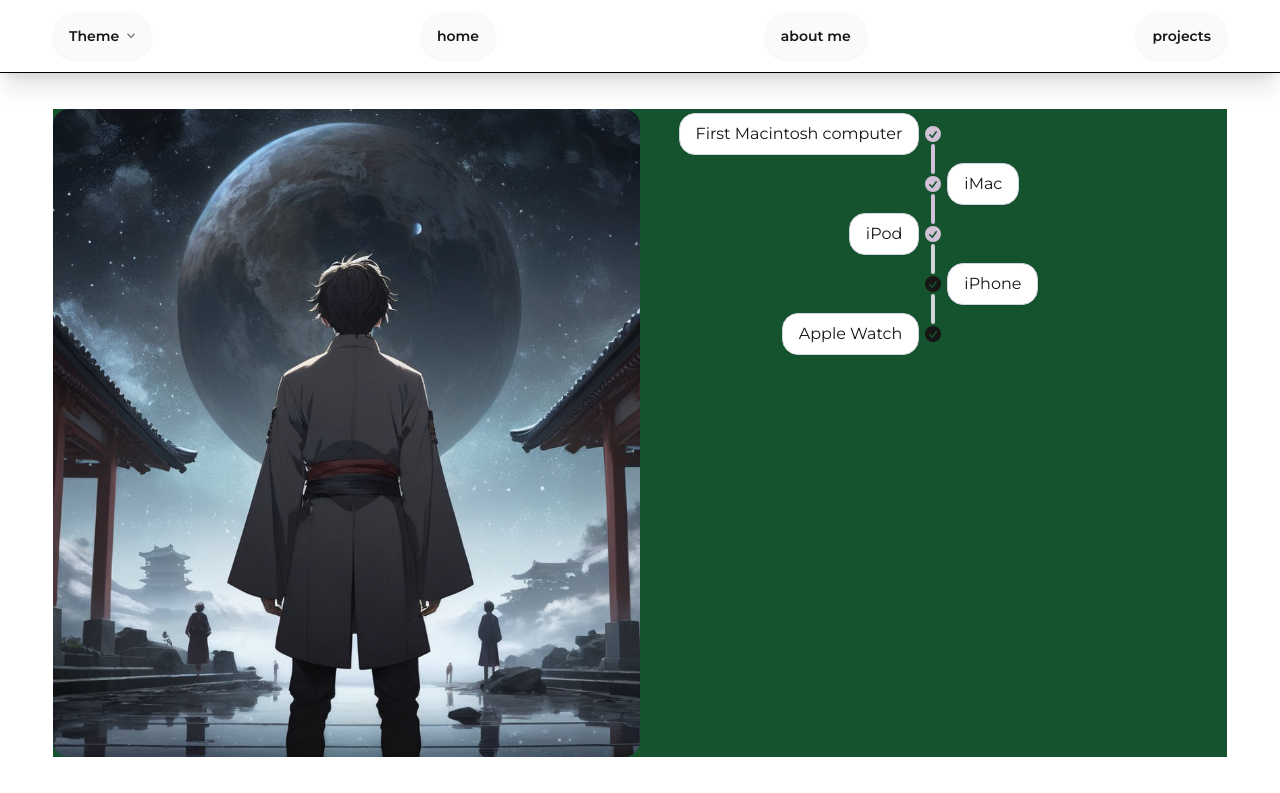
Repository: Yakyaz/myWebsite
Page: /about
The author's editor kept a copy of each file at every save. The page is drawn from the files as they stood at one save, then again after the next save.
The browser window is 1280 px wide. The pictures show the whole page.
The project was rebuilt for these pictures with package versions that can differ from the ones it lists, and the page was loaded fresh each time. The framework's server and built-in components were replaced by stand-ins that run in the browser. Also part of the build but not shown: next.config.js.

Above is the page before, as saved 2023-12-05 21:50:07.

### app/layout.tsx
import type { Metadata } from "next";
import { Montserrat } from "next/font/google";
import "./globals.css";
import Navbar from "../components/navbar";

const montserrat = Montserrat({ subsets: ["latin"] });

export const metadata: Metadata = {
  title: "Create Next App",
  description: "Generated by create next app",
};

export default function RootLayout({
  children,
}: {
  children: React.ReactNode;
}) {
  return (
    <html lang="en" data-theme="pastel" style={{ overflow: "hidden" }}>
      <body className={montserrat.className} style={{ overflow: "hidden" }}>
        <Navbar />
        <div>{children}</div>
      </body>
    </html>
  );
}

### app/about/page.tsx
import Link from "next/link";
import bg from "public/background.png";
import Image from "next/image";
function Home() {
  return (
    <main className="w-screen h-screen flex items-center justify-center ">
      <div
        className="bg-green-900 w-11/12 flex  items-center justify-between "
        style={{ height: "90%" }}
      >
        <div className=" h-full w-1/2">
          <Image
            className="  mb-3 h-full w-full object-cover rounded-2xl "
            alt="Pb"
            src={bg}
            placeholder="blur"
            quality={100}
            sizes="100%"
          />
        </div>

        <div className="w-1/2 h-full">
          <ul className="timeline timeline-vertical">
            <li>
              <div className="timeline-start timeline-box">
                First Macintosh computer
              </div>
              <div className="timeline-middle">
                <svg
                  xmlns="http://www.w3.org/2000/svg"
                  viewBox="0 0 20 20"
                  fill="currentColor"
                  className="w-5 h-5 text-primary"
                >
                  <path
                    fillRule="evenodd"
                    d="M10 18a8 8 0 100-16 8 8 0 000 16zm3.857-9.809a.75.75 0 00-1.214-.882l-3.483 4.79-1.88-1.88a.75.75 0 10-1.06 1.061l2.5 2.5a.75.75 0 001.137-.089l4-5.5z"
                    clipRule="evenodd"
                  />
                </svg>
              </div>
              <hr className="bg-primary" />
            </li>
            <li>
              <hr className="bg-primary" />
              <div className="timeline-middle">
                <svg
                  xmlns="http://www.w3.org/2000/svg"
                  viewBox="0 0 20 20"
                  fill="currentColor"
                  className="w-5 h-5 text-primary"
                >
                  <path
                    fillRule="evenodd"
                    d="M10 18a8 8 0 100-16 8 8 0 000 16zm3.857-9.809a.75.75 0 00-1.214-.882l-3.483 4.79-1.88-1.88a.75.75 0 10-1.06 1.061l2.5 2.5a.75.75 0 001.137-.089l4-5.5z"
                    clipRule="evenodd"
                  />
                </svg>
              </div>
              <div className="timeline-end timeline-box">iMac</div>
              <hr className="bg-primary" />
            </li>
            <li>
              <hr className="bg-primary" />
              <div className="timeline-start timeline-box">iPod</div>
              <div className="timeline-middle">
                <svg
                  xmlns="http://www.w3.org/2000/svg"
                  viewBox="0 0 20 20"
                  fill="currentColor"
                  className="w-5 h-5 text-primary"
                >
                  <path
                    fillRule="evenodd"
                    d="M10 18a8 8 0 100-16 8 8 0 000 16zm3.857-9.809a.75.75 0 00-1.214-.882l-3.483 4.79-1.88-1.88a.75.75 0 10-1.06 1.061l2.5 2.5a.75.75 0 001.137-.089l4-5.5z"
                    clipRule="evenodd"
                  />
                </svg>
              </div>
              <hr />
            </li>
            <li>
              <hr />
              <div className="timeline-middle">
                <svg
                  xmlns="http://www.w3.org/2000/svg"
                  viewBox="0 0 20 20"
                  fill="currentColor"
                  className="w-5 h-5"
                >
                  <path
                    fillRule="evenodd"
                    d="M10 18a8 8 0 100-16 8 8 0 000 16zm3.857-9.809a.75.75 0 00-1.214-.882l-3.483 4.79-1.88-1.88a.75.75 0 10-1.06 1.061l2.5 2.5a.75.75 0 001.137-.089l4-5.5z"
                    clipRule="evenodd"
                  />
                </svg>
              </div>
              <div className="timeline-end timeline-box">iPhone</div>
              <hr />
            </li>
            <li>
              <hr />
              <div className="timeline-start timeline-box">Apple Watch</div>
              <div className="timeline-middle">
                <svg
                  xmlns="http://www.w3.org/2000/svg"
                  viewBox="0 0 20 20"
                  fill="currentColor"
                  className="w-5 h-5"
                >
                  <path
                    fillRule="evenodd"
                    d="M10 18a8 8 0 100-16 8 8 0 000 16zm3.857-9.809a.75.75 0 00-1.214-.882l-3.483 4.79-1.88-1.88a.75.75 0 10-1.06 1.061l2.5 2.5a.75.75 0 001.137-.089l4-5.5z"
                    clipRule="evenodd"
                  />
                </svg>
              </div>
            </li>
          </ul>
        </div>
      </div>
    </main>
  );
}

export default Home;

### components/navbar.tsx
import Link from "next/link";
import React from "react";
import Toggle from "./toggle";

const Navbar = () => {
  return (
    <ul className="flex flex-row justify-between items-center p-2 pr-12 pl-12 border-b border-black shadow-xl">
      <li>
        <Toggle />
      </li>
      <li>
        <Link className=" btn m-1" href="/home">
          home
        </Link>
      </li>
      <li>
        <Link className="btn m-1" href="/about">
          about me
        </Link>
      </li>
      <li>
        <Link className="btn m-1" href="/projects">
          projects
        </Link>
      </li>
    </ul>
  );
};

export default Navbar;

### components/toggle.tsx
import React from "react";

const Toggle = () => {
  return (
    <div className="dropdown ">
      <div tabIndex={0} role="button" className="btn m-1">
        Theme
        <svg
          width="12px"
          height="12px"
          className="h-2 w-2 fill-current opacity-60 inline-block"
          xmlns="http://www.w3.org/2000/svg"
          viewBox="0 0 2048 2048"
        >
          <path d="M1799 349l242 241-1017 1017L7 590l242-241 775 775 775-775z"></path>
        </svg>
      </div>
      <ul
        tabIndex={0}
        className="dropdown-content z-[1] p-2 shadow-2xl bg-base-300 rounded-box w-52"
      >
        <li>
          <input
            type="radio"
            name="theme-dropdown"
            className="theme-controller btn btn-sm btn-block btn-ghost justify-start"
            aria-label="Default"
            value="default"
          />
        </li>
        <li>
          <input
            type="radio"
            name="theme-dropdown"
            className="theme-controller btn btn-sm btn-block btn-ghost justify-start"
            aria-label="Retro"
            value="retro"
          />
        </li>
        <li>
          <input
            type="radio"
            name="theme-dropdown"
            className="theme-controller btn btn-sm btn-block btn-ghost justify-start"
            aria-label="Cyberpunk"
            value="cyberpunk"
          />
        </li>
        <li>
          <input
            type="radio"
            name="theme-dropdown"
            className="theme-controller btn btn-sm btn-block btn-ghost justify-start"
            aria-label="Dracula"
            value="dracula"
          />
        </li>
        <li>
          <input
            type="radio"
            name="theme-dropdown"
            className="theme-controller btn btn-sm btn-block btn-ghost justify-start"
            aria-label="Aqua"
            value="aqua"
          />
        </li>
      </ul>
    </div>
  );
};

export default Toggle;

### tailwind.config.ts
import type { Config } from "tailwindcss";

const config: Config = {
  content: [
    "./pages/**/*.{js,ts,jsx,tsx,mdx}",
    "./components/**/*.{js,ts,jsx,tsx,mdx}",
    "./app/**/*.{js,ts,jsx,tsx,mdx}",
  ],
  theme: {
    extend: {
      backgroundImage: {
        "gradient-radial": "radial-gradient(var(--tw-gradient-stops))",
        "gradient-conic":
          "conic-gradient(from 180deg at 50% 50%, var(--tw-gradient-stops))",
      },
    },
  },
  plugins: [require("daisyui")],
  daisyui: {
    themes: ["pastel", "retro", "cyberpunk", "dracula", "aqua"],
  },
};
export default config;

Loaded but not shown: app/globals.css (common file)

After the next save:
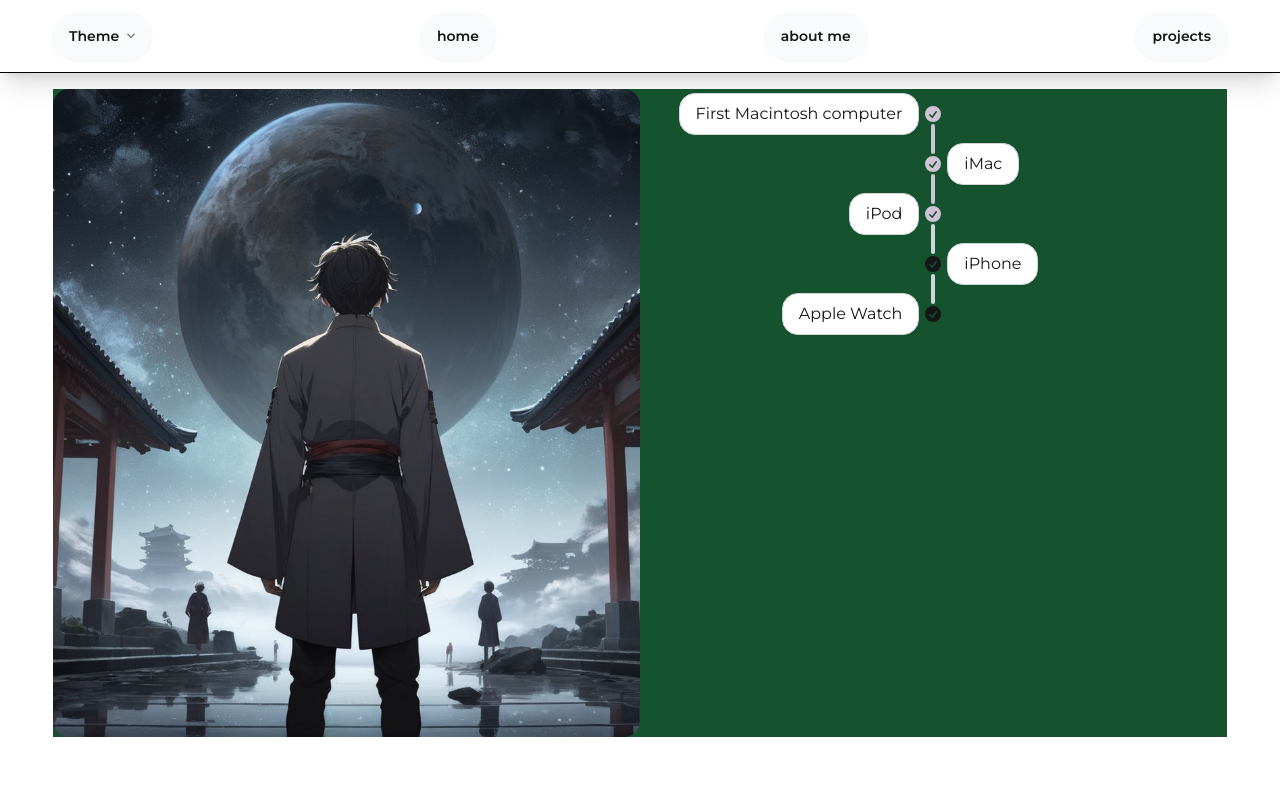
Saved 25 s later.
--- a/app/about/page.tsx
+++ b/app/about/page.tsx
@@ -5,7 +5,7 @@
   return (
     <main className="w-screen h-screen flex items-center justify-center ">
       <div
-        className="bg-green-900 w-11/12 flex  items-center justify-between "
+        className="bg-green-900 w-11/12 flex  items-center justify-between mb-10"
         style={{ height: "90%" }}
       >
         <div className=" h-full w-1/2">

After the save that followed:
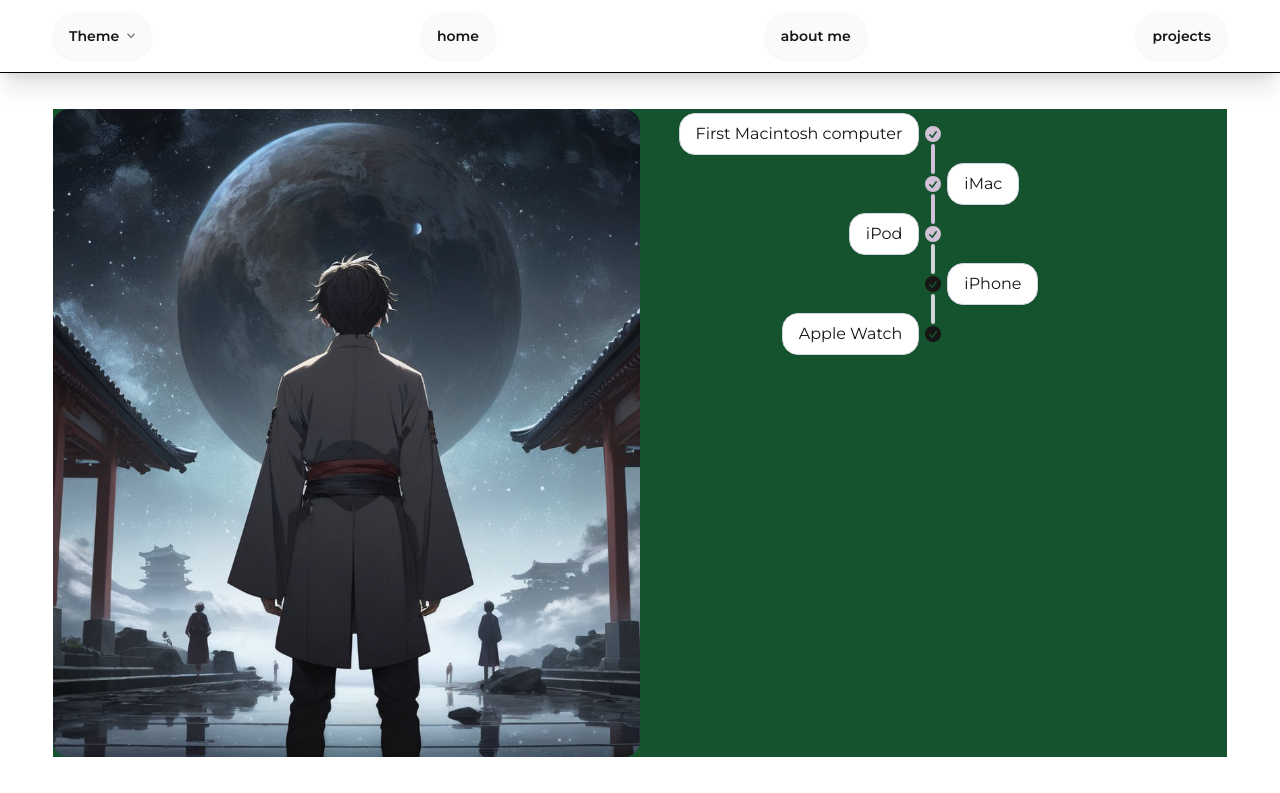
Saved 9 s later.
--- a/app/about/page.tsx
+++ b/app/about/page.tsx
@@ -5,12 +5,12 @@
   return (
     <main className="w-screen h-screen flex items-center justify-center ">
       <div
-        className="bg-green-900 w-11/12 flex  items-center justify-between mb-10"
+        className="bg-green-900 w-11/12 flex  items-center justify-between"
         style={{ height: "90%" }}
       >
         <div className=" h-full w-1/2">
           <Image
-            className="  mb-3 h-full w-full object-cover rounded-2xl "
+            className="  mb-3 h-full w-full object-cover rounded-2xl  mb-10"
             alt="Pb"
             src={bg}
             placeholder="blur"
